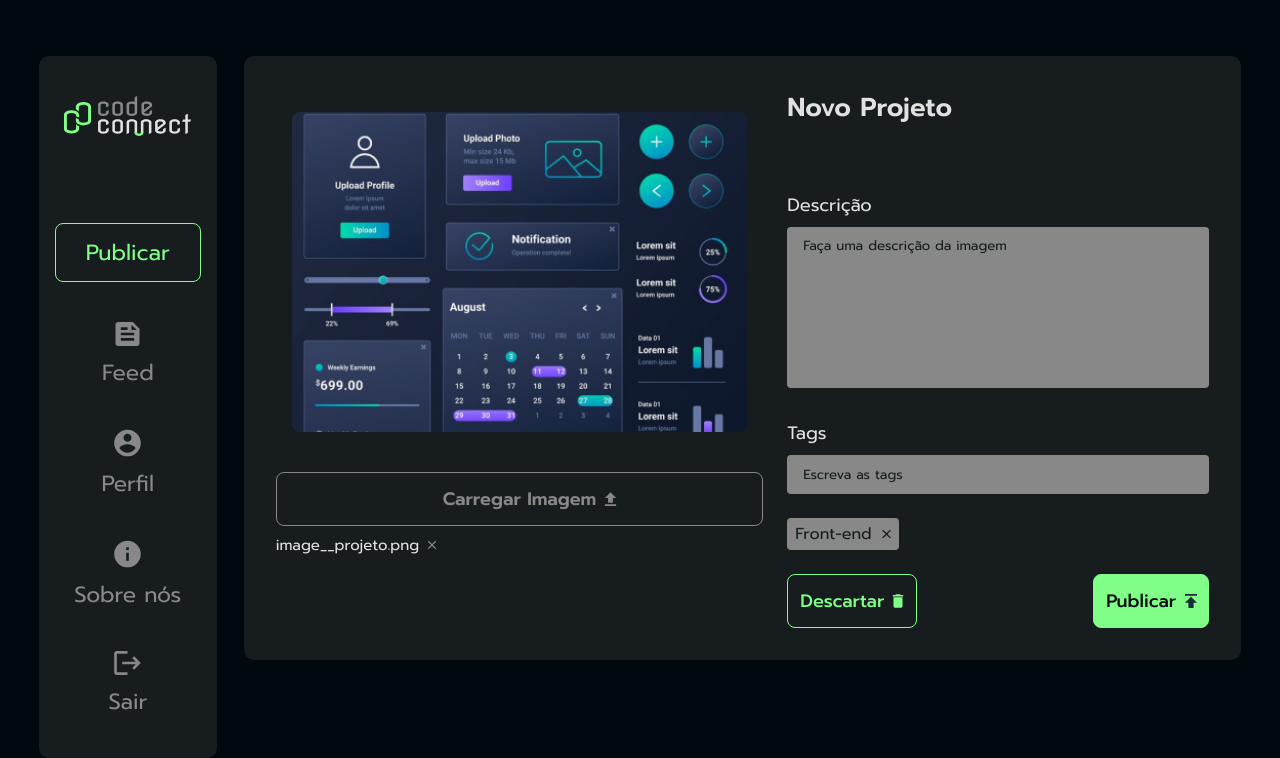
Repository: joaoPraiaJunior/async_await
Page: index.html
An editor plug-in stored every save of this project. The page is shown before and after the next save, followed by the edit.
The browser window is 1280 px wide. The pictures show the whole page.

Above is the page before, as saved 2024-08-26 20:37:42.

After the next save:
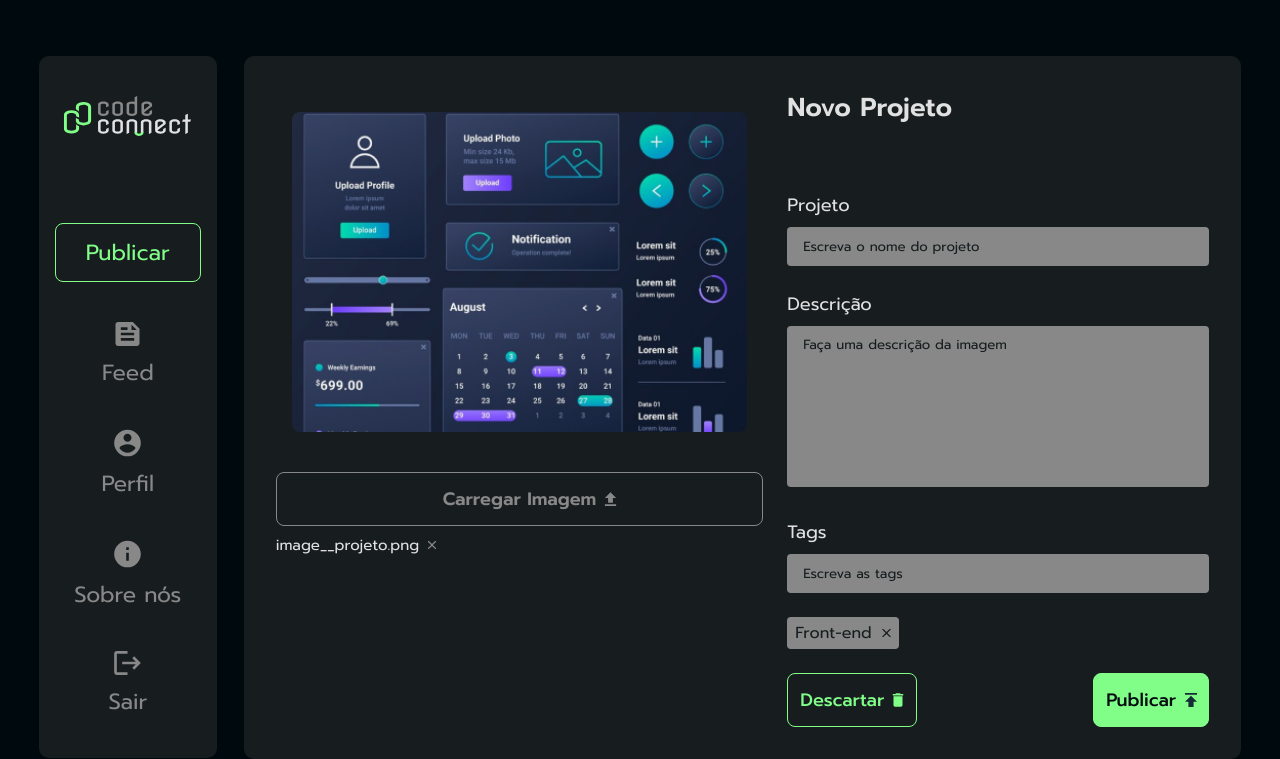
Saved 5 min 9 s later.
--- a/index.html
+++ b/index.html
@@ -47,14 +47,19 @@
         <div class="c-formulario">
             <h1 class="c-formulario__titulo">Novo Projeto</h1>
             <form class="c-formulario__acoes">
+
+                <div class="c-formulario__grupo">
+                    <label for="tags">Projeto</label>
+                    <input type="text" name="projeto" id="projeto" placeholder="Escreva o nome do projeto" required>
+                </div>
                 <div class="c-formulario__grupo">
                     <label for="descricao">Descrição</label>
-                    <textarea name="descricao" id="descricao" placeholder="Faça uma descrição da imagem"></textarea>
+                    <textarea name="descricao" id="descricao" placeholder="Faça uma descrição da imagem" required></textarea>
                 </div>
 
                 <div class="c-formulario__grupo">
                     <label for="tags">Tags</label>
-                    <input type="text" name="tags" id="tags" placeholder="Escreva as tags" data-js="input-tags">
+                    <input type="text" name="tags" id="tags" placeholder="Escreva as tags" data-js="input-tags" required>
                 </div>
 
                 <ul class="c-formulario__lista" data-js="formulario-lista-tags">
